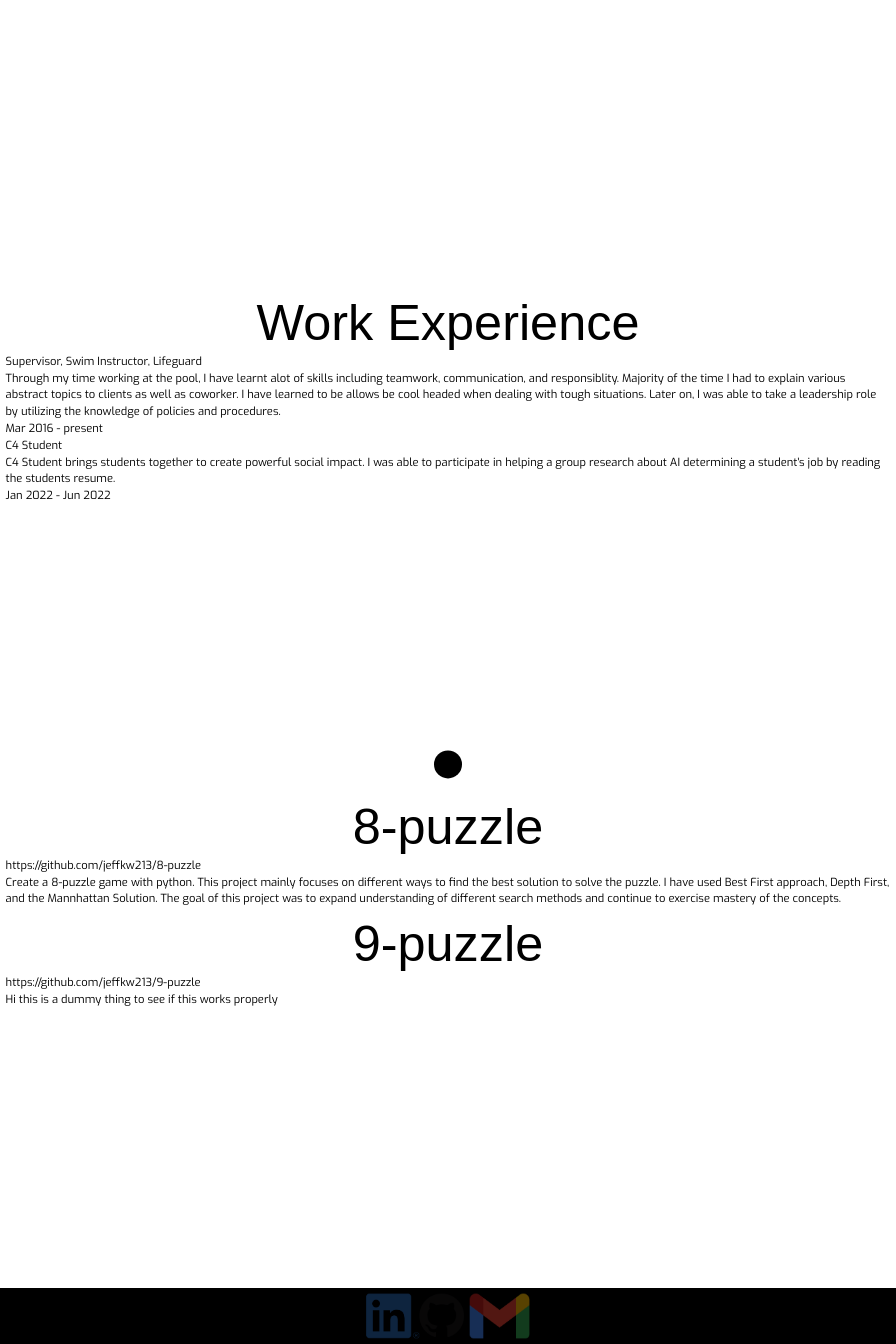
Repository: Jeffkw213/profile_website
Page: /
These files come from the project's save history. The page is drawn as it stood at one moment and after a run of saves; the edit follows.
The browser window is 1280 px wide. The pictures show the part of the page from y = 1040 to 2960 px (the page is 2960 px tall), at 70% of full size.
Some web fonts or font styles are not loaded; a fallback is used. The project was rebuilt for these pictures with package versions that can differ from the ones it lists, and the page was loaded fresh each time. Also part of the build but not shown: vite.config.js.

Above is the page before, as saved 2022-09-30 15:47:46.

### src/index.jsx
import React from 'react';
import ReactDOM from 'react-dom/client';
import App from './App';
import reportWebVitals from './reportWebVitals';
import './index.css';

// DOM creates an instance of your App component, though it can also pass simple JSX without any component instantiation
const root = ReactDOM.createRoot(document.getElementById('root'));
root.render(
  <React.StrictMode>
    <App />
  </React.StrictMode>
);

// If you want to start measuring performance in your app, pass a function
// to log results (for example: reportWebVitals(console.log))
// or send to an analytics endpoint. Learn more: https://bit.ly/CRA-vitals
reportWebVitals();

### src/App.jsx
import Education from './components/Education';
import Nav from './components/Nav';
import Projects from './components/Projects';
import Title from './components/Title';
import Work from './components/Work';
import records from './data/records.json';
import Navitop from './components/NavigationTop';
const App = () => {
  return (
    <div className="scroll-smooth w-full box-border relative font-Exo min-w-[800]">
      <Navitop />
      <Title {...records.Who} />
      <Education {...records.Education} />
      <Work employ={records.Employment} />
      <Projects />
      <Nav {...records.Social} />
    </div>
  );
};

export default App;

### src/index.css
@import url('https://fonts.googleapis.com/css2?family=Exo:wght@100;400&display=swap');
@import url('http://fonts.cdnfonts.com/css/nexa-bold');

@tailwind base;
@tailwind components;
@tailwind utilities;

@layer base{
    html{
        scroll-behavior: smooth;
    }
}

### src/components/Education.jsx
export default function Education(props) {
  return (
    <div className=" h-screen p-2" id="education">
      <div>
        <h1 className="font-Nexa text-4xl sm:text-7xl text-center pt-4 pb-2">Education</h1>
      </div>
      <p>{props.School}</p>
      <p>{props.Degree}</p>
      <p><strong>Relative Course Work</strong>: {props.RelatativeCoursework}</p>
      <p>
      <strong>Date</strong>: {props.Start} - {props.Graduation}
      </p>
    </div>



  );
}

### src/components/Nav.jsx
//This is gonna be the navigation bar
//Need to create a list of
import Git from '../data/GitHub-Mark-64px.png';
import Linkedin from '../data/LI-In-Bug.png';
import Gmail from '../data/Gmail_Logo_64px.png';
export const List = (props) => (
  <nav className="flex justify-center">
    <ul className="">
      <li className="inline-block">
        <a href={props.Linkedin} target="_blank" rel="noopener noreferrer">
          <img src={Linkedin} alt="Linkedin Logo" className="h-16 opacity-[.35]" />
        </a>
      </li>
      <li className="inline-block">
        <a href={props.Github} target="_blank" rel="noopener noreferrer">
          <img src={Git} alt="Git Logo" className="h-16 opacity-[.35]" />
        </a>
      </li>
      <li className="inline-block ml-2">
        <a href={`mailto:${props.Email}?subject=Hi%20I'm%20Stupid`}>
          <img src={Gmail} alt="Gmail Logo" className="h-16 opacity-[.35]" />
        </a>
      </li>
    </ul>
  </nav>
);

export default function Nav(props) {
  return (
    <div className="h-20 relative w-full py-2 text-center bg-black" id='contacts'>
      <List {...props} />
    </div>
  );
}

### src/components/Projects.jsx
import projects from '../data/projects';

export default function Projects() {
  return (
    <div className='h-screen p-2' id="project">
      {projects.map((item, index) => {
        return (
          <div key={index}>
            <h2 className='font-Nexa text-4xl sm:text-7xl text-center pt-4 pb-2'>{item.name}</h2>
            <a href={item.link} target="_blank" rel="noopener noreferrer">
              {item.link}
            </a>
            <p>{item.about}</p>
          </div>
        );
      })}
    </div>
  );
}

### src/components/Title.jsx
// This is the title of the website
// There would be a breif discription of who I am
// And there would be a navigation button to scroll to a certain section of the page
import { FaProjectDiagram } from 'react-icons/fa';
import { BiArrowToBottom } from 'react-icons/bi';
export default function Title({ Name, Description }) {
  return (
    <div className="bg-black max-w-1/2 w-full px-4" id="home">

      <div className="flex items-center justify-center h-screen">
        <div className="relative max-w-[880px]">
          <div className="absolute inset-0.5 bg-gradient-to-r from-red-600 to-blue-600 rounded-full blur-2xl opacity-80"></div>

          <div className="relative m-2 py-12 text-white ">
            <h1 className="font-Nexa text-4xl sm:text-7xl text-center pt-4 pb-2">{Name}</h1>
            <p className="p-4 mx-0 sm:mx-14 max-w-screen-lg min-w-[50%]">{Description}</p>

            {/* Buttons */}
            <div className="flex items-center justify-center py-2">
              <a href="#project" className="px-2">
                <button
                  className="flex items-center justify-center p-2 px-3 bg-transparent text-white
        transition delay-150 duration-300 ease-in-out hover:scale-110"
                >
                  <FaProjectDiagram className="text-white mr-2" /> Projects
                </button>
              </a>
              <a href="/Resume.pdf" target="_blank" className="px-2">
                <button
                  className="flex items-center justify-center p-2 px-3 bg-transparent border-2 border-indigo-100 text-white
        transition delay-150 duration-300 ease-in-out hover:scale-110"
                >
                  <BiArrowToBottom className=" text-white mr-2" />
                  Resume
                </button>
              </a>
            </div>
          </div>
        </div>
      </div>
    </div>
  );
}

### src/components/Work.jsx
export default function Work({ employ }) {
  return (
    <div className="h-screen max-w-1/2 flex flex-col justify-center items-center p-2" id="work">
      <h1 className="font-Nexa text-4xl sm:text-7xl text-center pt-4 pb-2"> Work Experience </h1>
      {employ.map((item, index) => {
        return (
          <div key={index} className="">
            <p>{item.Role}</p>
            <p>{item.Description}</p>
            <p>{item.Date}</p>
          </div>
        );
      })}
            <div className="bg-black mt-auto h-10 w-10 rounded-full"></div>

    </div>
  );
}

### src/data/records.json
{
  "Who": {
    "Name": "Wing To (Jeff) Kwan",
    "Location": {
      "City": "Richmond Hill",
      "Province": "Ontario",
      "Country": "Canada",
      "Street": "176 Kimono Crescent",
      "Postal": "L4S 2A4"
    },
    "Description": "Recently graduated student that is detail-oriented, and passionate to expand the process of development. Jeff has experience with working in a team to create a project, where he has demonstrated proficient communication and listening skills. He is a problem solver and a strong communicator eager to prove his value and talent at an emerging company. Motivated to advance and expand his skill set through targeted mentorship and challenging projects.",
    "Skills": {
      "Languages": "Python, Java, Javascript, CSS, HTML, SQL, Prolog, C#, C98, C99",
      "Framework": "Numpy, Pandas, MySQL, React, Node.js",
      "Platform": "Linux, Windows, MACOS, Android",
      "Techniques": "OOP, DataStructures, Machine Learning, Data Mining"
    }
  },
  "Social": {
    "Email": "jeffkwan10@gmail.com",
    "Linkedin": "https://www.linkedin.com/in/jeff-kwan-881a41203/",
    "Github": "https://github.com/Jeffkw213"
  },

  "Education": {
    "School": "York University",
    "Degree": "B.Sc., Spec. Hons. Computer Science",
    "RelatativeCoursework": "Web development, Algorithms and Data Structures, Software Engineering, Machine Learning, Databases",
    "Graduation": "August 2022",
    "Start": "Sept 2018"
  },

  "Employment": [
    {
      "Role": "Supervisor, Swim Instructor, Lifeguard",
      "Where": "City of Richmond Hill",
      "Description": "Through my time working at the pool, I have learnt alot of skills including teamwork, communication, and responsiblity. Majority of the time I had to explain various abstract topics to clients as well as coworker. I have learned to be allows be cool headed when dealing with tough situations. Later on, I was able to take a leadership role by utilizing the knowledge of policies and procedures.",
      "Date": "Mar 2016 - present"
    },
    {
      "Role": "C4 Student",
      "Where": "York University",
      "Description": "C4 Student brings students together to create powerful social impact. I was able to participate in helping a group research about AI determining a student's job by reading the students resume.",
      "Date": "Jan 2022 - Jun 2022"
    }
  ]
}

### src/components/NavigationTop.jsx
import { RiContactsLine } from 'react-icons/ri';

export default function ButtonNavi() {
  return (
    <header className="fixed flex w-full justify-end item-center h-20">
      <nav className="p-3 text-center">
        <div className='container flex justify-between items-center mx-auto'>
        <a href="#home">
          <button
            className="flex m-2 p-2 px-3 text-white
      transition delay-150 duration-300 ease-in-out hover:scale-110"
          >
            Home
          </button>
        </a>

        <a href="#education">
          <button
            className="flex m-2 p-2 px-3 bg-transparent text-white
      transition delay-150 duration-300 ease-in-out hover:scale-110"
          >
            Education
          </button>
        </a>
        <a href="#work">
          <button
            className="flex m-2 p-2 px-3 bg-transparent text-white
      transition delay-150 duration-300 ease-in-out hover:scale-110"
          >
            Work Experience
          </button>
        </a>
        <a href="#contacts">
          <button
            className="flex items-center justify-center m-2 p-2 px-3 bg-transparent text-white
        transition delay-150 duration-300 ease-in-out hover:scale-110 border border-slate-300 hover:bg-slate-600/20"
          >
            <RiContactsLine className=" text-white mr-2" />
            Contact
          </button>
        </a>
        </div>
      </nav>
    </header>
  );
}

### src/data/projects.js
export default [
  {
    name: '8-puzzle',
    about: 'Create a 8-puzzle game with python. This project mainly focuses on different ways to find the best solution to solve the puzzle. I have used Best First approach, Depth First, and the Mannhattan Solution. The goal of this project was to expand understanding of different search methods and continue to exercise mastery of the concepts.',
    link: 'https://github.com/jeffkw213/8-puzzle'
  },
  {
    name: '9-puzzle',
    about: 'Hi this is a dummy thing to see if this works properly',
    link: 'https://github.com/jeffkw213/9-puzzle'
  }
];

### tailwind.config.js
/** @type {import('tailwindcss').Config} */
module.exports = {
  content: ['./index.html', './src/**/*.{js,jsx}'],
  theme: {
    extend: {
      fontFamily: {
        Exo : "'Exo', sans-serif",
        Nexa : "'Nexa', sans-serif",
      },
      variants: {
        width: ["responsive", "hover", "focus"]
      },
      minWidth: {
        '1/2': '50%',
      }
    }
  },
  plugins: []
};

Loaded but not shown: public/index.html (common file); src/reportWebVitals.js (common file)

After the next 2 saves:
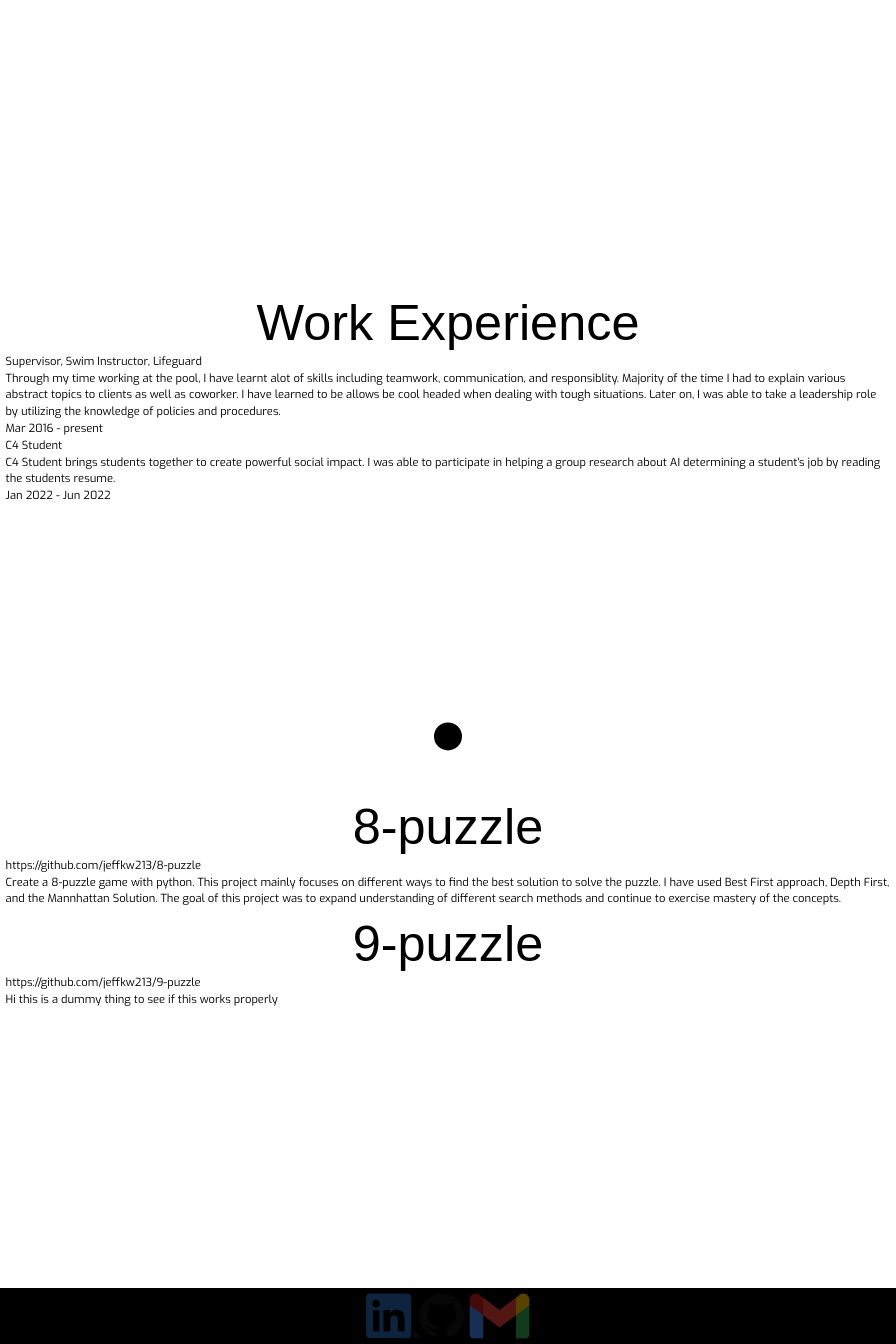
The 2 saves are shown as one change because they came seconds apart.
The last was saved 29 s later.
--- a/src/components/Work.jsx
+++ b/src/components/Work.jsx
@@ -11,7 +11,7 @@ export default function Work({ employ }) {
           </div>
         );
       })}
-            <div className="bg-black mt-auto h-10 w-10 rounded-full"></div>
+            <div className="m-10 bg-black mt-auto h-10 w-10 rounded-full"></div>
 
     </div>
   );
